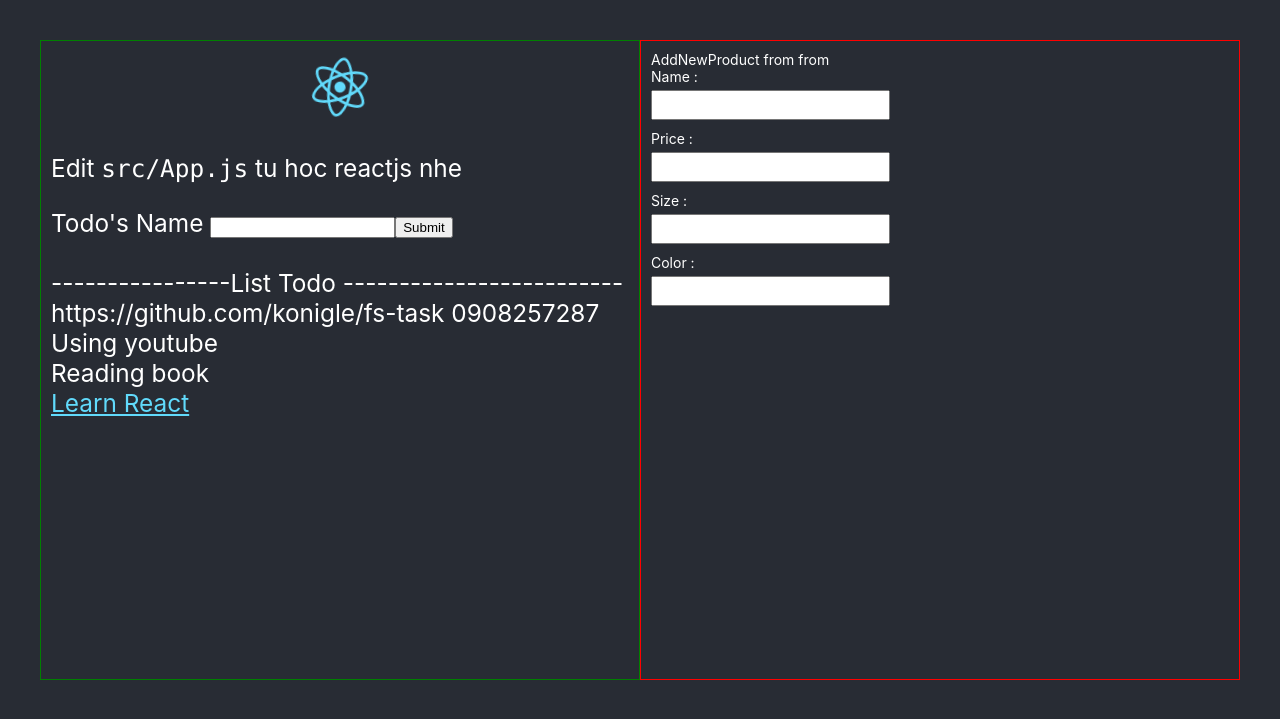
Repository: baothi/learn-reactjs
Page: /
These files come from the project's save history. The page is drawn as it stood at one moment and after the next save; the edit follows.
The browser window is 1280 px wide. The pictures show the whole page.
The project was rebuilt for these pictures with package versions that can differ from the ones it lists, and the page was loaded fresh each time.

Above is the page before, as saved 2022-10-04 17:56:31.

After the next save:
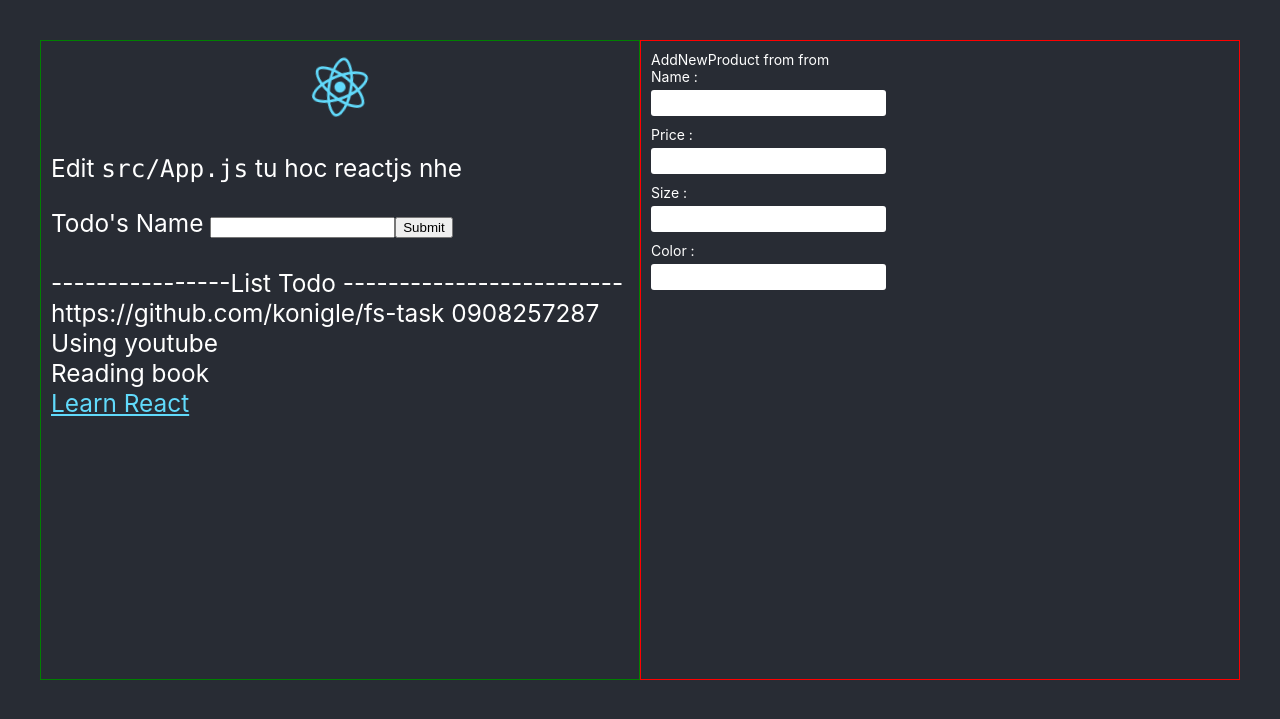
Saved 45 s later.
--- a/src/App.css
+++ b/src/App.css
@@ -68,4 +68,8 @@
   width: 40%;
   height: 24px;
   outline: none;
+  border-radius: 3px;
+  border: none;
+  background-color: white;
+  color: black;
 }
